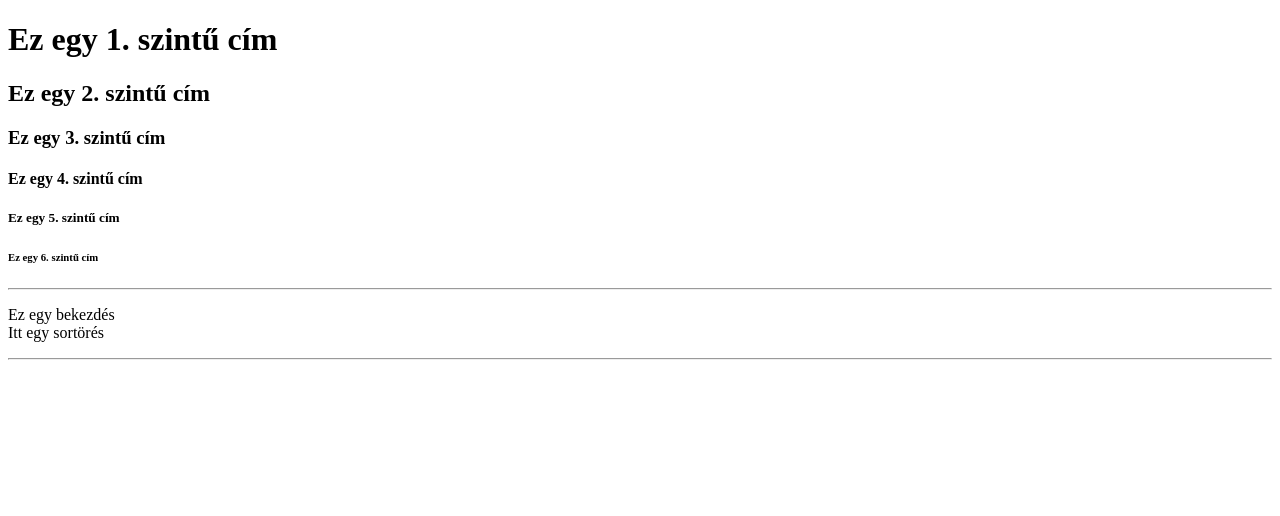
Repository: doomhyena/Web
Page: 2.óra/inedx.html
These files come from the project's save history. The page is drawn as it stood at one moment and after the next save; the edit follows.
The browser window is 1280 px wide. The pictures show the whole page.

Above is the page before, as saved 2024-09-13 11:20:37.

After the next save:
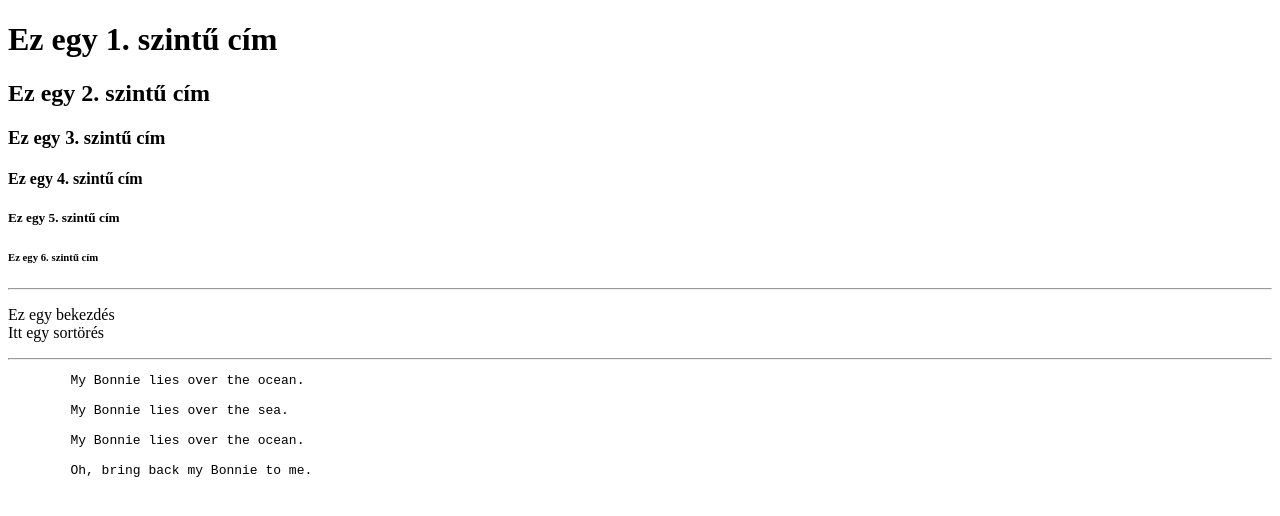
Saved 79 s later.
--- a/2.óra/inedx.html
+++ b/2.óra/inedx.html
@@ -22,5 +22,14 @@
     <p>Ez egy bekezdés <br> Itt egy sortörés </p>
     <hr>
     <!-- EZ EGY KOMMENT -->
+    <pre>
+        My Bonnie lies over the ocean.
+
+        My Bonnie lies over the sea.
+
+        My Bonnie lies over the ocean.
+
+        Oh, bring back my Bonnie to me.
+    </pre>
    </body>
 </html>
